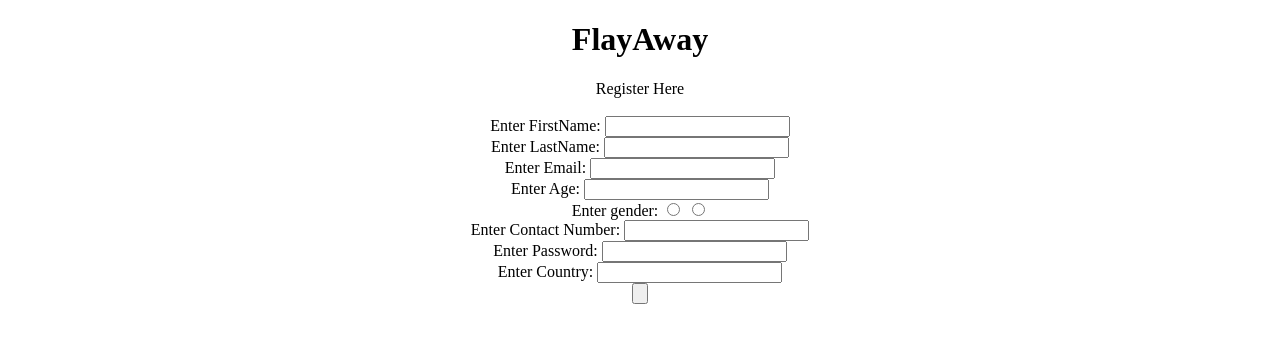
Repository: KartikMuchakandimath/Flyaway
Page: http://localhost/FlayAway/
An editor plug-in stored every save of this project. The page is shown before and after the next save, followed by the edit.
The browser window is 1280 px wide. The pictures show the whole page.
The page is served by Tomcat 9. Other server files are loaded and not shown.

Above is the page before, as saved 2022-04-21 10:46:16.

### FlayAway/src/main/webapp/Registration.jsp
<%@ page language="java" contentType="text/html; charset=ISO-8859-1"
    pageEncoding="ISO-8859-1"%>
<!DOCTYPE html>
<html>
<head>
<meta charset="ISO-8859-1">
<title>Insert title here</title>
</head>
<body>
<center>
<div class="head">
<h1>FlayAway</h1>
</div>

<div class ="Register-box">
<div>Register Here</h1>

</div>
<br>
<form action="RegisterServlet" method="post">
Enter FirstName: <input type=" text"  name="fname" required="required"><br>
Enter LastName: <input type=" text"  name="lname" required="required"><br>
Enter Email: <input type=" email"  name="email" required="required"><br>
Enter Age: <input type="number"  name="age" required="required"><br>
Enter gender: <input type="radio"  name="gender" value="male" required="required">
              <input type="radio"  name="gender" value="female" required="required"><br>
Enter Contact Number: <input type=" number"  name="contact" required="required"><br>
Enter Password: <input type=" password"  name="password" required="required"><br>
Enter Country: <input type="text"  name="country" required="required"><br>
<input type="button" name="submit" >
</form>

</div>
</center>
</body>
</html>

After the next save:
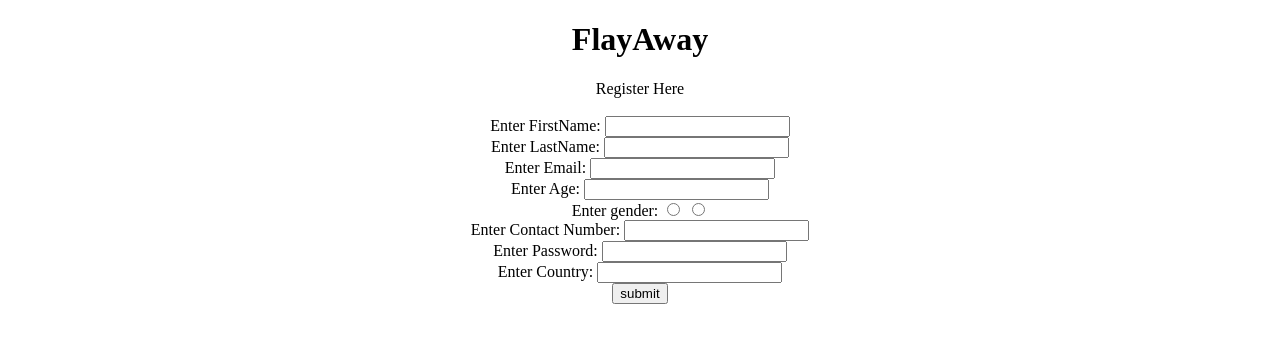
Saved 30 s later.
--- a/FlayAway/src/main/webapp/Registration.jsp
+++ b/FlayAway/src/main/webapp/Registration.jsp
@@ -27,7 +27,7 @@ Enter gender: <input type="radio"  name="gender" value="male" required="required
 Enter Contact Number: <input type=" number"  name="contact" required="required"><br>
 Enter Password: <input type=" password"  name="password" required="required"><br>
 Enter Country: <input type="text"  name="country" required="required"><br>
-<input type="button" name="submit" >
+<button>submit</button>
 </form>
 
 </div>
